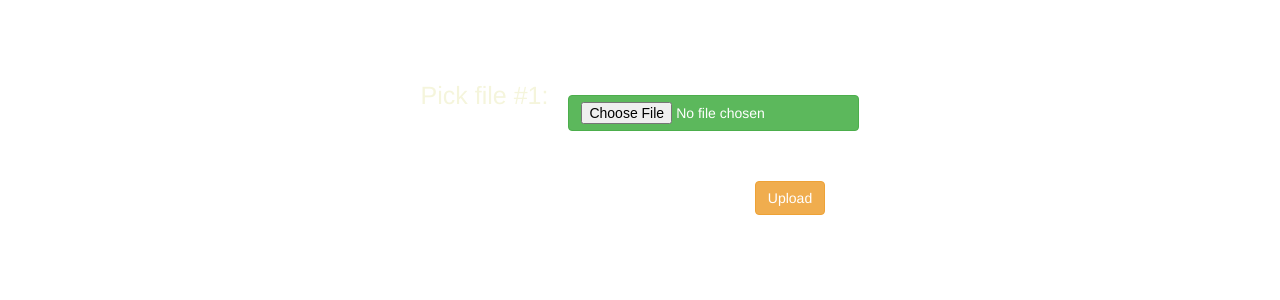
Repository: 123poornima/UpdatedSecondProject
Page: frontendPro/WebContent/_user/uploadPicture.html
These files come from the project's save history. The page is drawn as it stood at one moment and after the next save; the edit follows.
The browser window is 1280 px wide. The pictures show the whole page.

Above is the page before, as saved 2017-01-17 05:15:23.

After the next save:
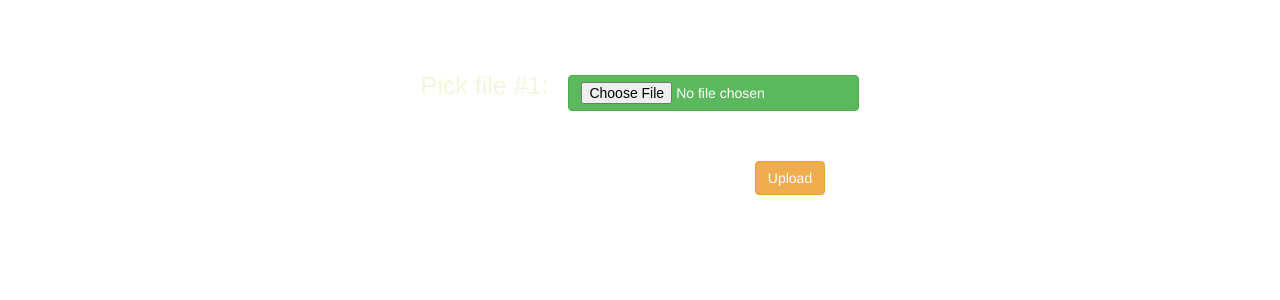
Saved 65 s later.
--- a/frontendPro/WebContent/_user/uploadPicture.html
+++ b/frontendPro/WebContent/_user/uploadPicture.html
@@ -17,7 +17,7 @@
             <table border="0">
                 <tr style="color:#F5F5DC">
                     <td style="color:#F5F5DC;font-size:25px;margin-top:160px">Pick file #1:</td>
-                    <td style="bgcolor:aqua"><input style="margin-top:35px;margin-left:20px" class="btn btn-success" type="file" name="fileUpload" /></td>
+                    <td style="bgcolor:aqua"><input style="margin-top:15px;margin-left:20px" class="btn btn-success" type="file" name="fileUpload" /></td>
                     <br>
                 </tr>
              <br>
